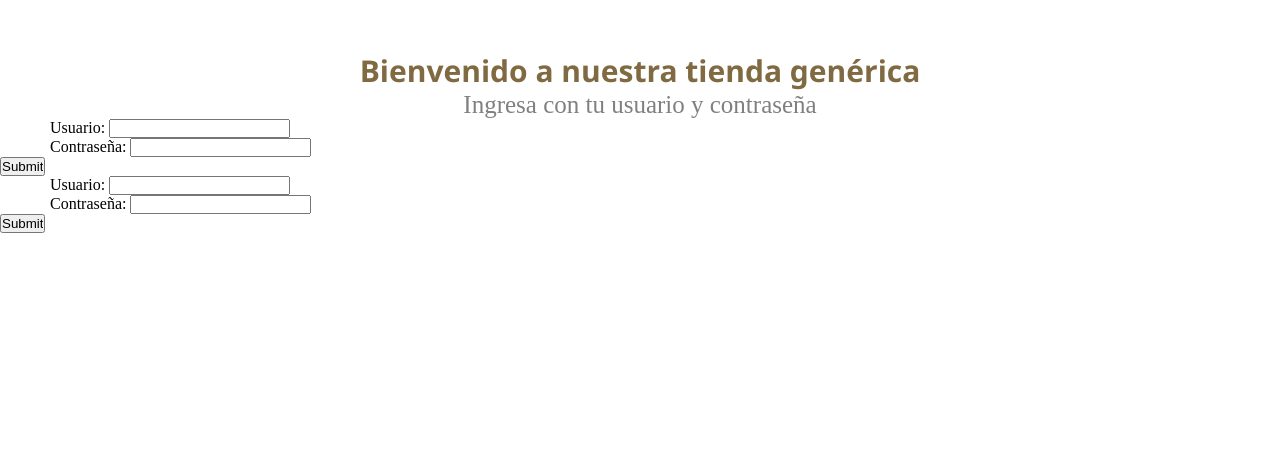
Repository: andresrojas686/tiendaGenericaMintic
Page: primerJSP/src/main/webapp/index.html
These files come from the project's save history. The page is drawn as it stood at one moment and after the next save; the edit follows.
The browser window is 1280 px wide. The pictures show the whole page.

Above is the page before, as saved 2021-09-15 01:16:08.

### primerJSP/src/main/webapp/index.html
<!DOCTYPE html>
<html>
<head>
<meta charset="ISO-8859-1">
<link rel="stylesheet" href="style/styles.css">
<title>Tienda generica</title>
</head>
<body>
	<h1 class="titulo-tienda">Bienvenido a nuestra tienda genérica</h1>
	<section class="main">
        <div class="container">
            <section class="row">
                <div class="col">
                    <div class="border-top border-bottom py-3">
                        <p class="ingresa">Ingresa con tu usuario y contraseña</p>
                    </div>
                    <div>
                        <form action="comprobarUsuario.jsp" method="post">
		<div>
			<label>Usuario: </label>
			<input type="text" name="usuario">
		</div>
		<div>
			<label>Contraseña: </label>
			<input type="password" name="pass">
		</div>
		<div>
			<input type="submit">
		</div>
	</form>
                    </div>
                </div>
            </section>
        </div>
    </section>
	<form action="comprobarUsuario.jsp" method="post">
		<div>
			<label>Usuario: </label>
			<input type="text" name="usuario">
		</div>
		<div>
			<label>Contraseña: </label>
			<input type="password" name="pass">
		</div>
		<div>
			<input type="submit">
		</div>
	</form>
</body>
</html>

### primerJSP/src/main/webapp/style/styles.css
@charset "ISO-8859-1";
*{
    margin: 0;
    padding: 0;
}
.titulo-tienda{
  text-align: center;
  margin-top: 50px;
  font-family: 'Segoe UI', Tahoma, Geneva, Verdana, sans-serif;
  font-size: 30px;
  color: #806a41;
}
.ingresa{
  text-align: center;
  font-size: 25px;
  color: grey;
}
form label{
  margin-left: 50px;
  margin-top: 7px;
  margin-bottom: 7px;
}
.usuario{
  display: flex;
}
form label input{
  flex-wrap: wrap;
  width: 75vw;
  height: 35px;
  font-size: 15px;
  /* border-radius: 5px; */
}

.contenedor-botones{
  margin-top: 20px;
  display: flex;
  width: 100%;
}

.botones-usuario{
  margin: 0 auto;
  width: 150px;
  height: 40px;
  color: white;
  border: 2px solid #806a41;
  background-color: #806a41;
  border-radius: 10px;
}
.botones-usuario a{
  color: white;
}
.botones-usuario:hover{
  background-color: white;
  color: #806a41;
  box-shadow: 3px 3px 3px gray;
}
.enlace-usuario{
  text-align: center;
  padding-top: 5px;
  width: 150px;
  height: 40px;
  color: white;
  border: 2px solid #806a41;
  background-color: #806a41;
  border-radius: 10px;
}
.enlace-usuario:hover{
  text-align: center;
  padding-top: 5px;
  width: 150px;
  height: 40px;
  color: white;
  border: 2px solid #806a41;
  background-color: white;
  color: #806a41;
  border-radius: 10px;
}

Loaded but not shown: primerJSP/src/main/webapp/style/main.css (library)

After the next save:
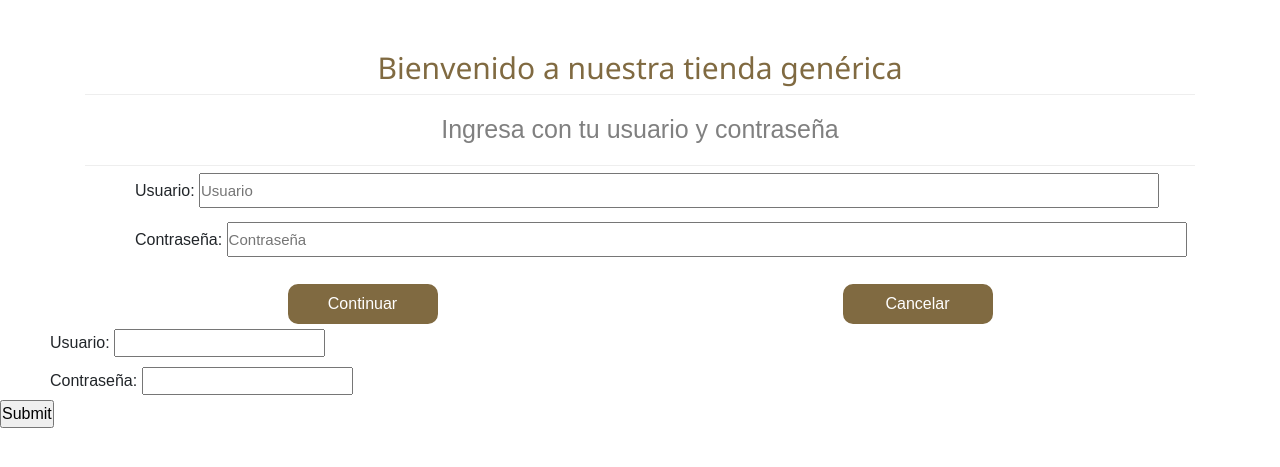
Saved 43 s later.
--- a/primerJSP/src/main/webapp/index.html
+++ b/primerJSP/src/main/webapp/index.html
@@ -3,6 +3,7 @@
 <head>
 <meta charset="ISO-8859-1">
 <link rel="stylesheet" href="style/styles.css">
+<link rel="stylesheet" href="style/main.css">
 <title>Tienda generica</title>
 </head>
 <body>
@@ -15,19 +16,21 @@
                         <p class="ingresa">Ingresa con tu usuario y contraseña</p>
                     </div>
                     <div>
-                        <form action="comprobarUsuario.jsp" method="post">
-		<div>
-			<label>Usuario: </label>
-			<input type="text" name="usuario">
-		</div>
-		<div>
-			<label>Contraseña: </label>
-			<input type="password" name="pass">
-		</div>
-		<div>
-			<input type="submit">
-		</div>
-	</form>
+                        <form action="ingresos.html">
+                            <label for="usuario">
+                                <span>Usuario: </span>
+                                <input type="text" name="" id="usuario" placeholder="Usuario">
+                            </label>
+                            <label for="pass">
+                                <span>Contraseña: </span>
+                                <input type="password" name="" id="pass" placeholder="Contraseña">
+                            </label>
+                            <div class="contenedor-botones">
+                                <input type="submit" value="Continuar" class="botones-usuario">
+                                <input type="reset" value="Cancelar" class="botones-usuario">
+                            </div>
+
+                        </form>
                     </div>
                 </div>
             </section>
